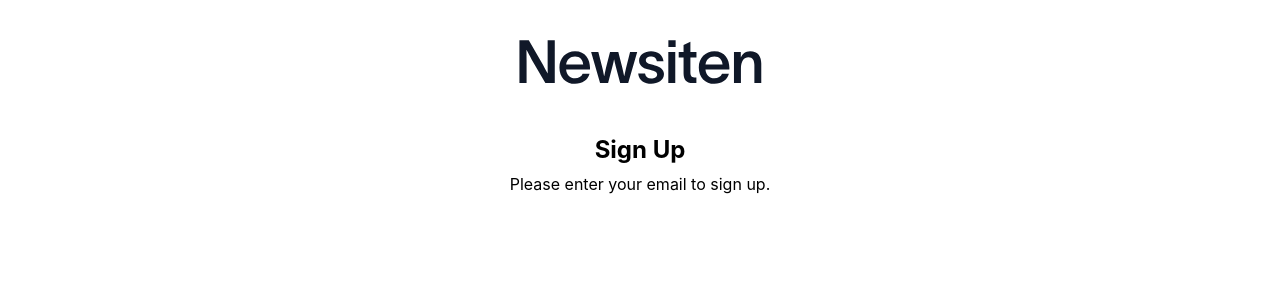
Repository: BrianPhamDev/Blog-App
Page: /sign-in
The author's editor kept a copy of each file at every save. The page is drawn from the files as they stood at one save, then again after the next save.
The browser window is 1280 px wide. The pictures show the whole page.
The project was rebuilt for these pictures with package versions that can differ from the ones it lists, and the page was loaded fresh each time. Also part of the build but not shown: src/components/label/label.scss, src/components/label/Label.js, src/components/input/input.scss, src/components/input/Input.js, src/components/input/InputPasswordToggle.js, src/components/input/index.js, src/components/button/button.scss, src/components/spinner/Spinner.js and 5 more. Imported but missing from the stored project, and not drawn on this page: src/components/icons.

Above is the page before, as saved 2023-07-18 13:42:21.

### public/index.html
<!DOCTYPE html>
<html lang="en">
  <head>
    <meta charset="utf-8" />

    <meta name="viewport" content="width=device-width, initial-scale=1" />

    <title>React App</title>
  </head>
  <body>
    <div id="root"></div>
  </body>
</html>

### src/index.js
import React from "react";
import "./styles/index.scss";
import App from "./App";
import reportWebVitals from "./reportWebVitals";
//import { theme } from "./utils/constants";
import { BrowserRouter } from "react-router-dom";
import { createRoot } from "react-dom/client";
import { ToastContainer } from "react-toastify";
import "react-toastify/dist/ReactToastify.css";
const container = document.getElementById("root");
const root = createRoot(container);

root.render(
  <React.StrictMode>
    <BrowserRouter>
      <App />
      <ToastContainer></ToastContainer>
    </BrowserRouter>
  </React.StrictMode>
);

// If you want to start measuring performance in your app, pass a function
// to log results (for example: reportWebVitals(console.log))
// or send to an analytics endpoint. Learn more: https://bit.ly/CRA-vitals
reportWebVitals();

### src/styles/index.scss
@tailwind base;
@tailwind components;
@tailwind utilities;

@import "reset";
@import url("https://fonts.googleapis.com/css2?family=Poppins:wght@200;300;400;600;700&display=swap");

@layer base {
  :root {
    --primary: #ff0055;
    --primary-active: #e5004c;
    --primary-grad2: #ff4133;
    --grad2-active: #e53a2e;
    --primary-grad3: #ff7633;
    --grad3-active: #e56a2e;
    --primary-d: #ff1a66;
    --primary-grad2-d: #ff5448;
    --primary-grad3-d: #ff8448;
    --danger: #f00;
    --danger-active: #e50000;
    --border-inactive: #ccc;
    --background-active: #000000;
    --background-inactive: #e7ecf3d6;
  }

  html {
    font-family: "Inter", system-ui, sans-serif;
  }
}

@layer utilities {
  .container {
    width: 100%;
    max-width: 1200px;
    margin: 0 auto;
    padding: 0 20px;
  }

  .heading-1 {
    background-image: linear-gradient(
      45deg,
      var(--primary) 0%,
      var(--primary-grad2) 80%,
      var(--primary-grad3) 100%
    );
    background-clip: text;
    color: transparent;
    font-size: 38px;
    font-weight: 900;
    line-height: 47px;
  }

  .heading-2 {
    font-size: 24px;
    font-weight: 700;
  }

  .heading-3 {
    font-weight: 600;
    line-height: 28.8px;
    font-size: 16px;
  }

  .input-icon {
    position: absolute;
    right: 20px;
    top: 50%;
    transform: translateY(-50%);
    cursor: pointer;
  }
}

### src/App.js
import { Routes, Route } from "react-router-dom";
import { AuthProvider } from "./contexts/auth-context";
import SignUpPage from "./pages/signUpPage/SignUpPage";
import SignInPage from "./pages/signInPage/SignInPage";
function App() {
  return (
    <div>
      <AuthProvider>
        <Routes>
          <Route path="/sign-up" element={<SignUpPage />}></Route>
          <Route path="/sign-in" element={<SignInPage />}></Route>
        </Routes>
      </AuthProvider>
    </div>
  );
}

export default App;

### src/styles/_reset.scss
*,
*::before,
*::after {
  box-sizing: border-box;
}
* {
  margin: 0;
}

html,
body {
  height: 100%;
}
body {
  line-height: 1.5;
  -webkit-font-smoothing: antialiased;
  -webkit-tap-highlight-color: rgba(0, 0, 0, 0);
}

img,
picture,
video,
canvas,
svg {
  display: block;
  max-width: 100%;
}
input,
button,
textarea,
select {
  font: inherit;
  outline: none;
  border: none;
}
p,
h1,
h2,
h3,
h4,
h5,
h6 {
  overflow-wrap: break-word;
}

### src/contexts/auth-context.js
import { onAuthStateChanged } from "firebase/auth";
import { useEffect, useState } from "react";
import { auth } from "../firebase/firebase-config";

const { createContext, useContext } = require("react");

const AuthContext = createContext();

function AuthProvider(props) {
  const [userInfo, setUserInfo] = useState("");
  const value = { userInfo, setUserInfo };
  useEffect(() => {
    onAuthStateChanged(auth, (user) => {
      setUserInfo(user);
    });
  }, []);
  return <AuthContext.Provider value={value} {...props}></AuthContext.Provider>;
}

function useAuth() {
  const context = useContext(AuthContext);
  if (typeof context === "undefined")
    throw new Error("useAuth must be used within AuthProvider");
  return context;
}

export { AuthProvider, useAuth };

### src/pages/signInPage/SignInPage.js
import React, { useEffect } from "react";
import "./signInPage.scss";
import { useAuth } from "../../contexts/auth-context";
import { useNavigate } from "react-router-dom";
import AuthenticationPage from "../authenticationPage/AuthenticationPage";

const SignInPage = () => {
  const navigate = useNavigate();
  const { userInfo } = useAuth();
  console.log(userInfo);
  // useEffect(() => {
  //   if (!userInfo.email) navigate("/sign-up");
  //   else navigate("/");
  // }, [userInfo]);

  return (
    <div>
      <AuthenticationPage></AuthenticationPage>
    </div>
  );
};

export default SignInPage;

### src/firebase/firebase-config.js
// Import the functions you need from the SDKs you need
import { initializeApp } from "firebase/app";
import { getFirestore } from "firebase/firestore";
import { getAuth } from "firebase/auth";
// TODO: Add SDKs for Firebase products that you want to use
// https://firebase.google.com/docs/web/setup#available-libraries

// Your web app's Firebase configuration
const firebaseConfig = {
  apiKey: "AIzaSyBvYgsZz9zgVLPl1CRt32h11zSY1hwyQnQ",
  authDomain: "blogging-dc5e9.firebaseapp.com",
  projectId: "blogging-dc5e9",
  storageBucket: "blogging-dc5e9.appspot.com",
  messagingSenderId: "470546749308",
  appId: "1:470546749308:web:b657e2250e78464d5c36f9",
};

// Initialize Firebase
const app = initializeApp(firebaseConfig);

// Initialize Cloud Firestore and get a reference to the service
export const db = getFirestore(app);

// Initialize Firebase Authentication and get a reference to the service
export const auth = getAuth(app);

### src/pages/signUpPage/signUpPage.scss
.logo {
  @apply pt-[40px];
  margin: 0 auto;
}

.signup-heading {
  @apply text-center mt-12;
}

.signup-form {
  @apply mt-8 mx-auto;
  max-width: 400px;
}

### src/pages/authenticationPage/AuthenticationPage.js
import React from "react";
import "./authenticationPage.scss";
const AuthenticationPage = () => {
  return (
    <div className="container">
      <img src="./Logo.svg" alt="Daily News" className="logo" />
      <div className="signup-heading mb-10">
        <h2 className="heading-2 mb-1">Sign Up</h2>
        <p>Please enter your email to sign up.</p>
      </div>
    </div>
  );
};

export default AuthenticationPage;

### src/pages/authenticationPage/authenticationPage.scss
.logo {
  @apply pt-[40px];
  margin: 0 auto;
}

.signup-heading {
  @apply text-center mt-12;
}

.signup-form {
  @apply mt-8 mx-auto;
  max-width: 400px;
}

### tailwind.config.js
/** @type {import('tailwindcss').Config} */
module.exports = {
  content: ["./src/**/*.{js,jsx,ts,tsx}"],
  theme: {
    extend: {
      colors: {},
      fontFamily: {},
    },
  },
  plugins: [],
};

Loaded but not shown: src/reportWebVitals.js (common file); src/pages/signInPage/signInPage.scss (no stored copy; drawn as an empty file)

After the next save:
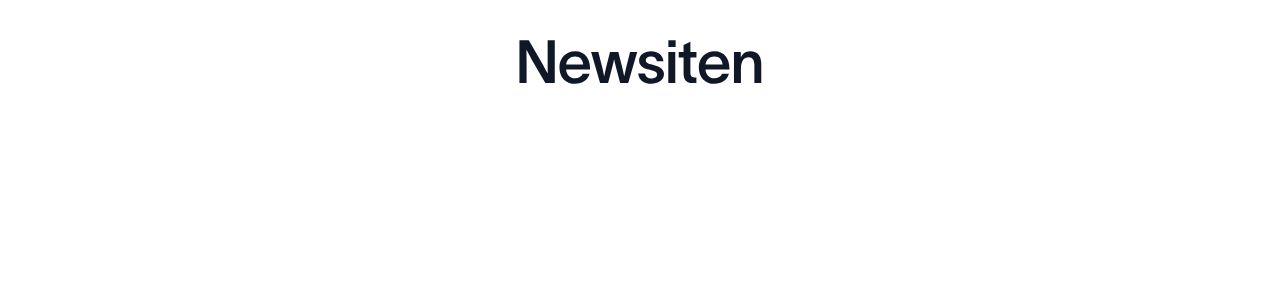
Saved 66 s later.
--- a/src/pages/authenticationPage/AuthenticationPage.js
+++ b/src/pages/authenticationPage/AuthenticationPage.js
@@ -1,12 +1,12 @@
 import React from "react";
 import "./authenticationPage.scss";
-const AuthenticationPage = () => {
+const AuthenticationPage = ({ heading, desc }) => {
   return (
     <div className="container">
       <img src="./Logo.svg" alt="Daily News" className="logo" />
       <div className="signup-heading mb-10">
-        <h2 className="heading-2 mb-1">Sign Up</h2>
-        <p>Please enter your email to sign up.</p>
+        <h2 className="heading-2 mb-1">{heading}</h2>
+        <p>{desc}</p>
       </div>
     </div>
   );
